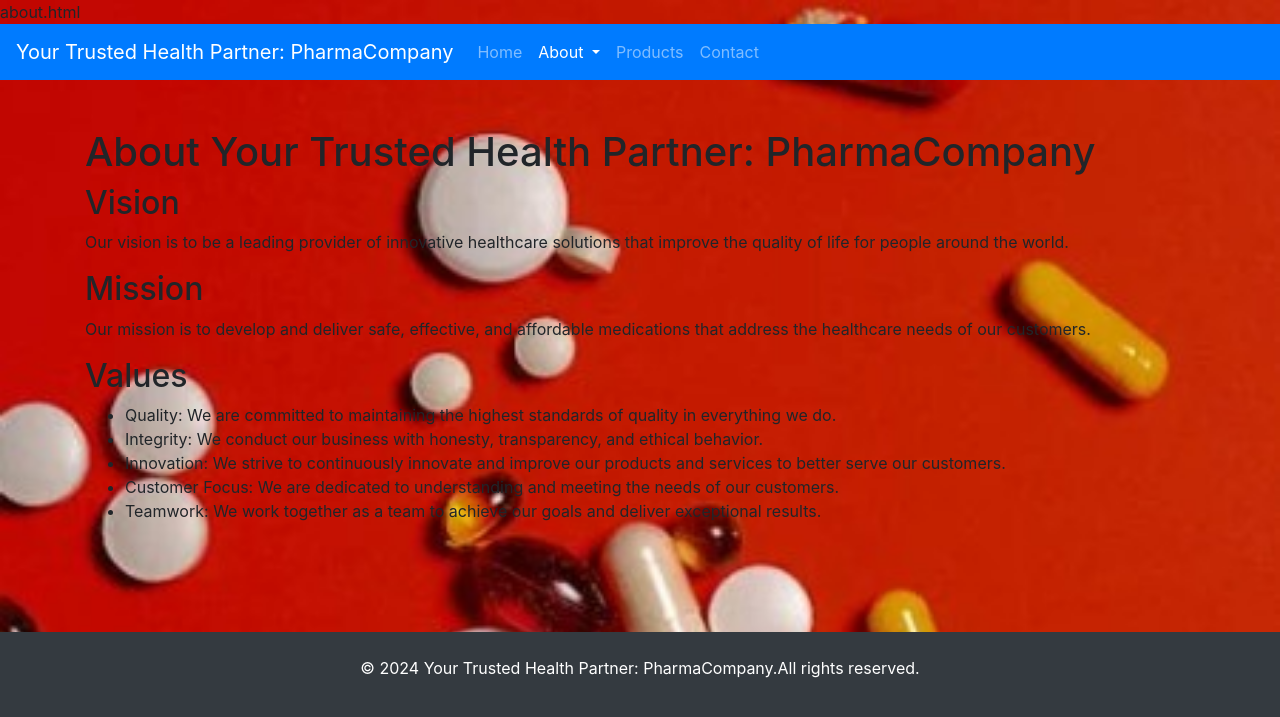
Repository: Oviya24032K6/Pharma
Page: oviya/pharmapp/static/innovation.html
These files come from the project's save history. The page is drawn as it stood at one moment and after a run of saves; the edit follows.
The browser window is 1280 px wide. The pictures show the whole page.

Above is the page before, as saved 2024-05-06 23:02:38.

### oviya/pharmapp/static/innovation.html
about.html

<!DOCTYPE html>
<html lang="en">
<head>
  <meta charset="UTF-8">
  <meta name="viewport" content="width=device-width, initial-scale=1.0">
  <title> Your Trusted Health Partner: PharmaCompany</title>
  <!-- Bootstrap CSS -->
  <link href="https://stackpath.bootstrapcdn.com/bootstrap/4.5.2/css/bootstrap.min.css" rel="stylesheet">
  <!-- Custom CSS -->
  <style>
    body {
      background-image: url("p-1.jpg");
      background-size: cover;
      background-repeat: no-repeat;
    }
    footer{
    position: fixed;
      left: 0;
      bottom: 0;
      width: 100%;
      background-color: #343a40;
      color: white;
      text-align: center;
      padding: 10px 0;
    }
  </style>
</head>
<body>

  <!-- Navbar -->
  <nav class="navbar navbar-expand-lg navbar-dark bg-primary">
    <a class="navbar-brand" href="#"> Your Trusted Health Partner: PharmaCompany</a>
    <button class="navbar-toggler" type="button" data-toggle="collapse" data-target="#navbarSupportedContent" aria-controls="navbarSupportedContent" aria-expanded="false" aria-label="Toggle navigation">
      <span class="navbar-toggler-icon"></span>
    </button>

    <div class="collapse navbar-collapse" id="navbarSupportedContent">
      <ul class="navbar-nav mr-auto">
        <li class="nav-item">
          <a class="nav-link" href="web.html">Home</a>
        </li>
        <li class="nav-item dropdown active">
          <a class="nav-link dropdown-toggle" href="about.html" id="navbarDropdownAbout" role="button" data-toggle="dropdown" aria-haspopup="true" aria-expanded="false">
            About
          </a>
          <div class="dropdown-menu" aria-labelledby="navbarDropdownAbout">
            <a class="dropdown-item" href="#vision">Vision</a>
            <a class="dropdown-item" href="#mission">Mission</a>
            <a class="dropdown-item" href="#values">Values</a>
            <!-- Add more subheadings as needed -->
          </div>
        </li>
        <li class="nav-item">
          <a class="nav-link" href="product.html">Products</a>
        </li>
        <li class="nav-item">
          <a class="nav-link" href="#">Contact</a>
        </li>
      </ul>
    </div>
  </nav>

  <!-- Page Content -->
  <div class="container mt-5">
    <div class="row">
      <div class="col-md-12">
        <h1>About  Your Trusted Health Partner: PharmaCompany</h1>
        <div id="vision">
          <h2>Vision</h2>
          <p>Our vision is to be a leading provider of innovative healthcare solutions that improve the quality of life for people around the world.</p>
        </div>
        <div id="mission">
          <h2>Mission</h2>
          <p>Our mission is to develop and deliver safe, effective, and affordable medications that address the healthcare needs of our customers.</p>
        </div>
        <div id="values">
          <h2>Values</h2>
          <ul>
            <li>Quality: We are committed to maintaining the highest standards of quality in everything we do.</li>
            <li>Integrity: We conduct our business with honesty, transparency, and ethical behavior.</li>
            <li>Innovation: We strive to continuously innovate and improve our products and services to better serve our customers.</li>
            <li>Customer Focus: We are dedicated to understanding and meeting the needs of our customers.</li>
            <li>Teamwork: We work together as a team to achieve our goals and deliver exceptional results.</li>
          </ul>
        </div>
        <!-- Add more subheadings as needed -->
      </div>
    </div>
  </div>

  <!-- Footer -->
  <footer class="bg-dark text-white text-center py-4 mt-5">
    <p>&copy; 2024  Your Trusted Health Partner: PharmaCompany.All rights reserved.</p>
  </footer>

  <!-- Bootstrap JS -->
  <script src="https://code.jquery.com/jquery-3.5.1.slim.min.js"></script>
  <script src="https://cdn.jsdelivr.net/npm/popper.js@1.16.1/dist/umd/popper.min.js"></script>
  <script src="https://stackpath.bootstrapcdn.com/bootstrap/4.5.2/js/bootstrap.min.js"></script>
</body>
</html>

After the next 2 saves:
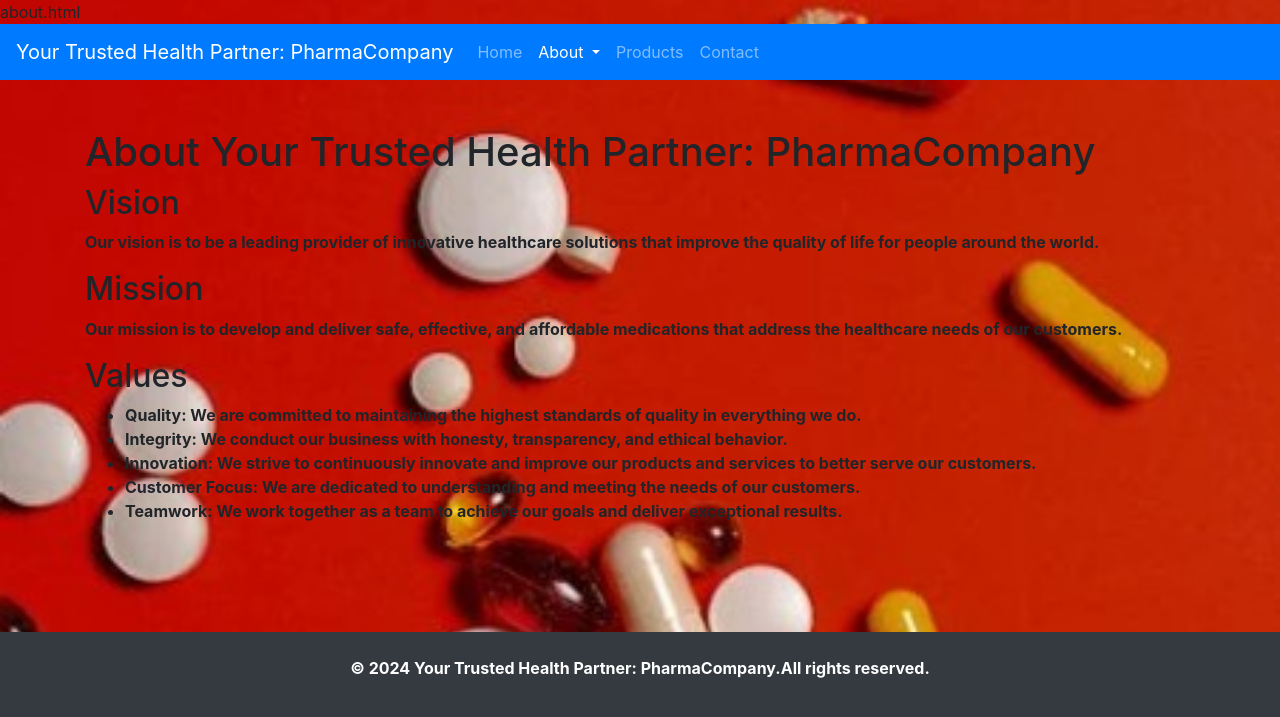
The 2 saves are shown as one change because they came seconds apart.
The last was saved 25 s later.
--- a/oviya/pharmapp/static/innovation.html
+++ b/oviya/pharmapp/static/innovation.html
@@ -63,6 +63,7 @@ about.html
   </nav>
 
   <!-- Page Content -->
+  <b>
   <div class="container mt-5">
     <div class="row">
       <div class="col-md-12">
